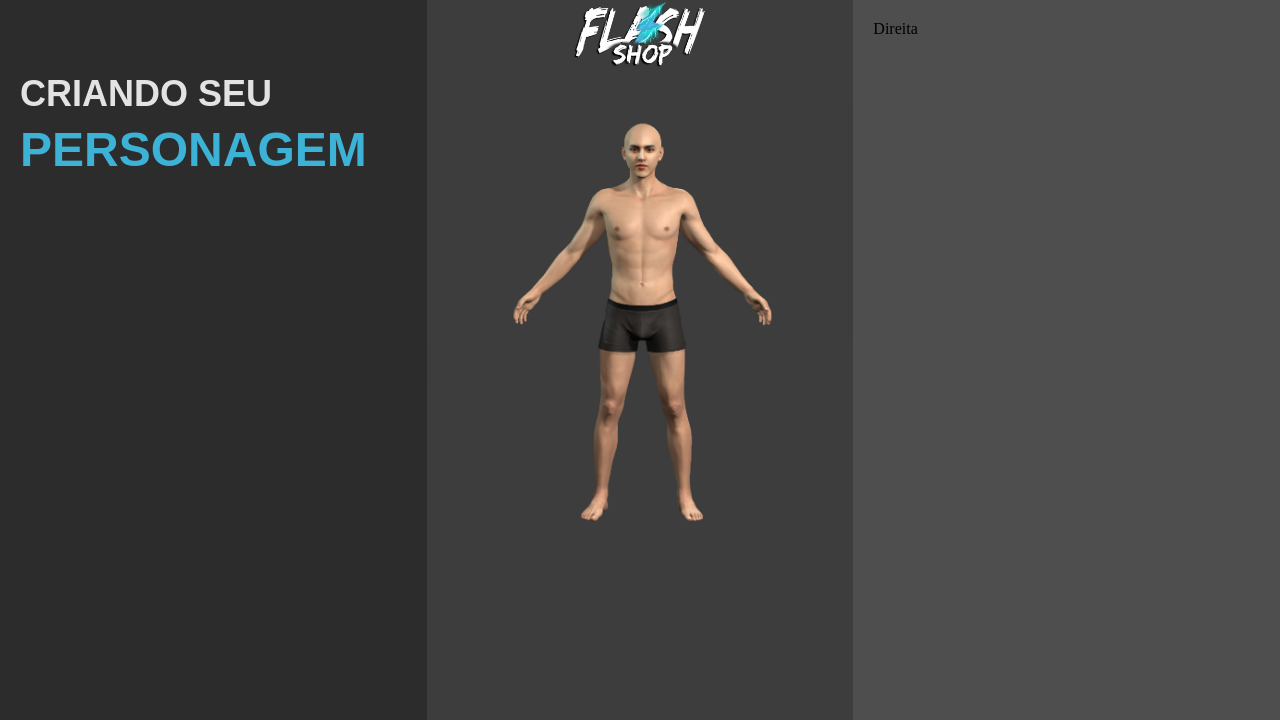
Repository: DuMCorrea/CriandoPerso
Page: index.html
An editor plug-in stored every save of this project. The page is shown before and after the next save, followed by the edit.
The browser window is 1280 px wide. The pictures show the whole page.

Above is the page before, as saved 2024-08-27 20:51:18.

After the next save:
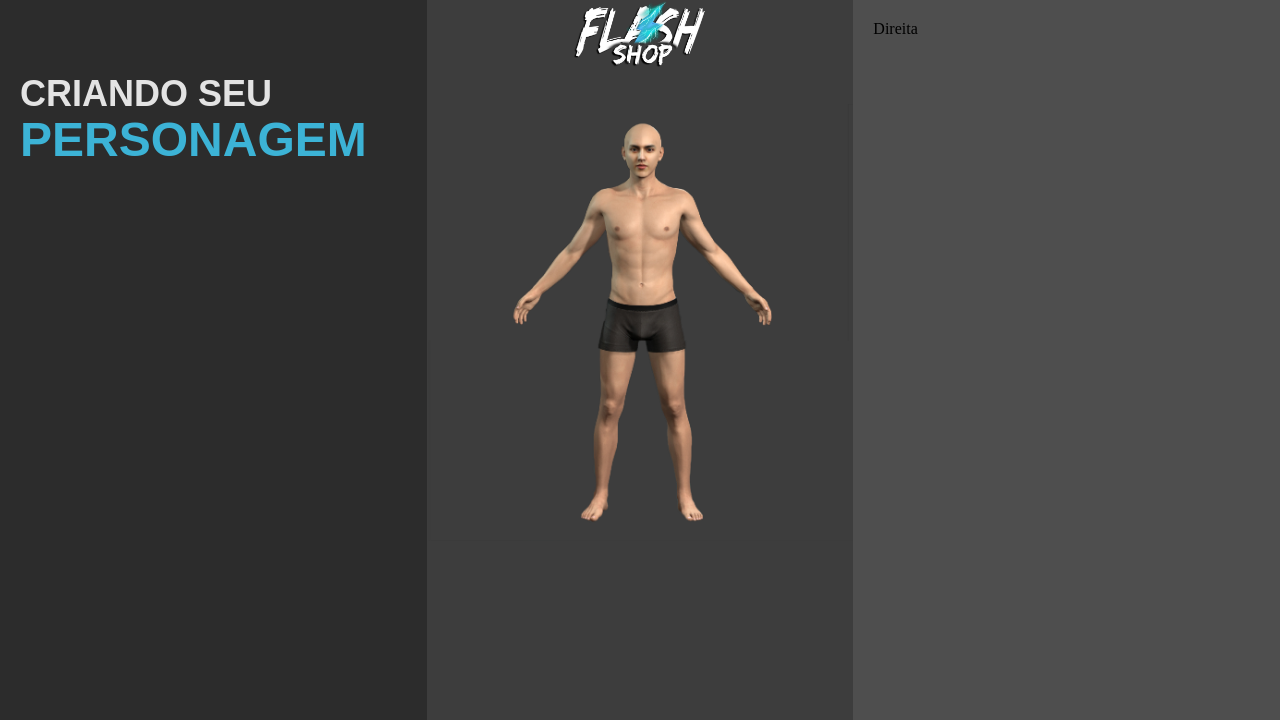
Saved 2 min 29 s later.
--- a/styles.css
+++ b/styles.css
@@ -48,6 +48,7 @@
     text-align: left;
     color: #E3E3E3;
     display: block;
+    margin-bottom: -10px; /* Reduz a distância entre as duas partes do título */
 }
 
 .part2 {
